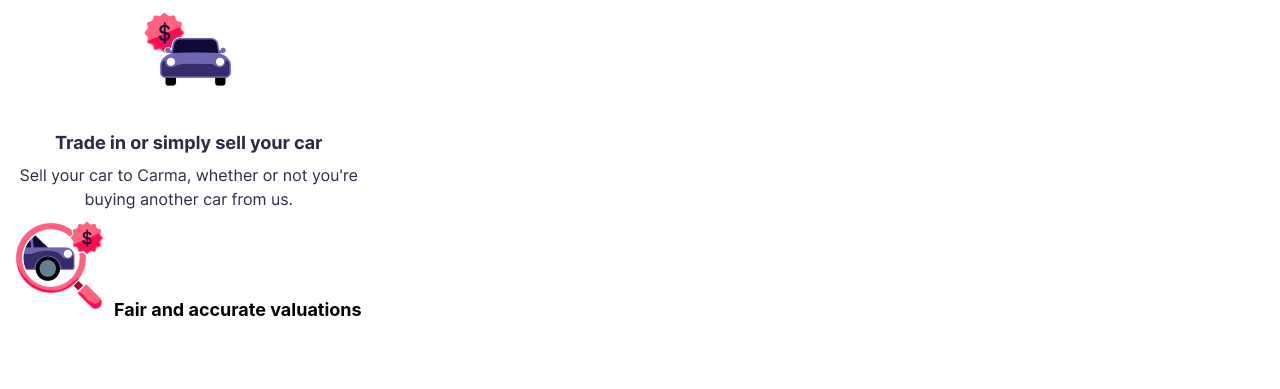
Repository: KHANas02/project
Page: index.html
The author's editor kept a copy of each file at every save. The page is drawn from the files as they stood at one save, then again after a run of saves.
The browser window is 1280 px wide. The pictures show the part of the page from y = 508 to 1009 px (the page is 897 px tall before and 1009 px after).

Above is the page before, as saved 2024-03-30 22:59:32.

After the next 2 saves:
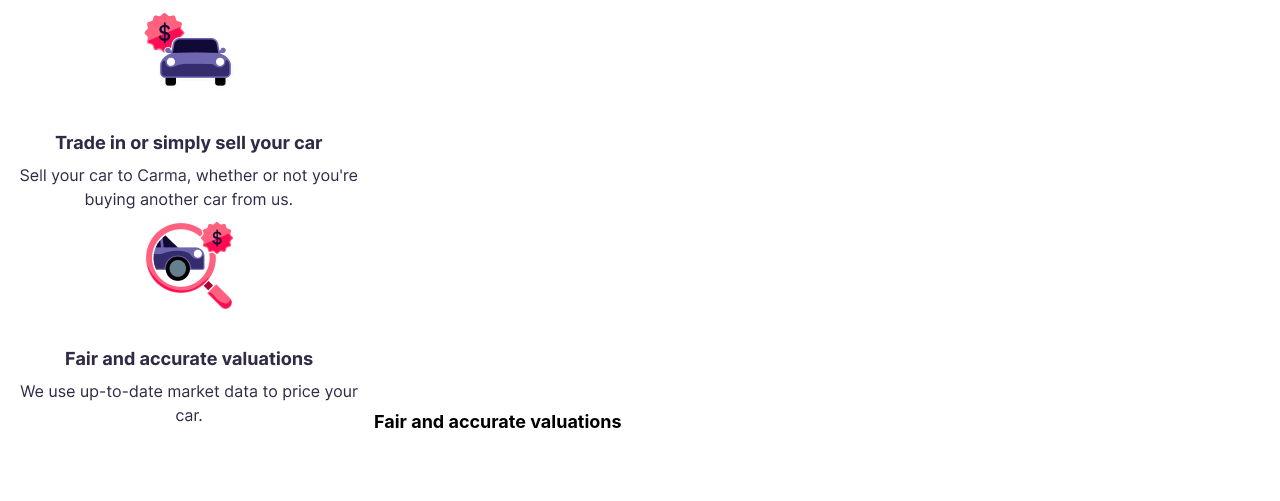
The 2 saves are shown as one change because they came seconds apart.
The last was saved 91 s later.
--- a/index.html
+++ b/index.html
@@ -26,7 +26,7 @@
 <img src="div img1.png" alt="">
 </div>
 <div class="seciton2img2">
-<img src="Trade-in2.svg.png" alt="" class="section2img2">
+<img src="div (2).png" alt="" class="section2img2">
 <b class="section2text1">Fair and accurate valuations</b> <br> <br>
 <h1></h1>
 </div>
